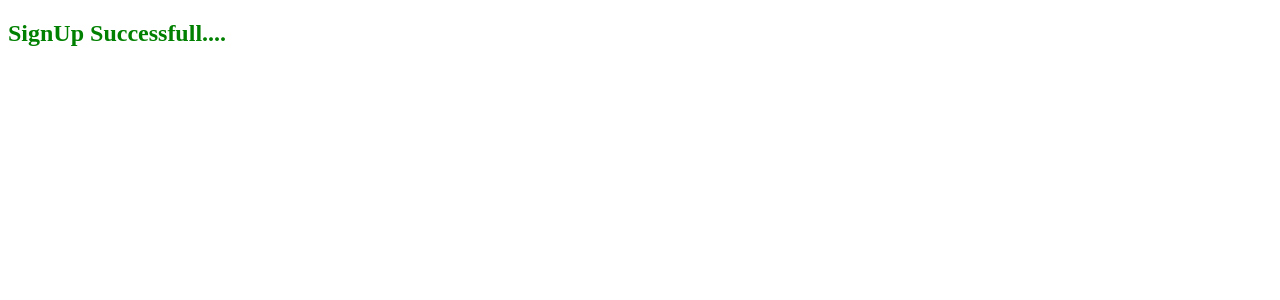
Repository: USChaurasiya/SpringCore
Page: http://localhost/SpringExample/Success.jsp
An editor plug-in stored every save of this project. The page is shown before and after the next save, followed by the edit.
The browser window is 1280 px wide. The pictures show the whole page.
The page is served by Tomcat 9.

Above is the page before, as saved 2017-02-14 07:42:37.

After the next save:
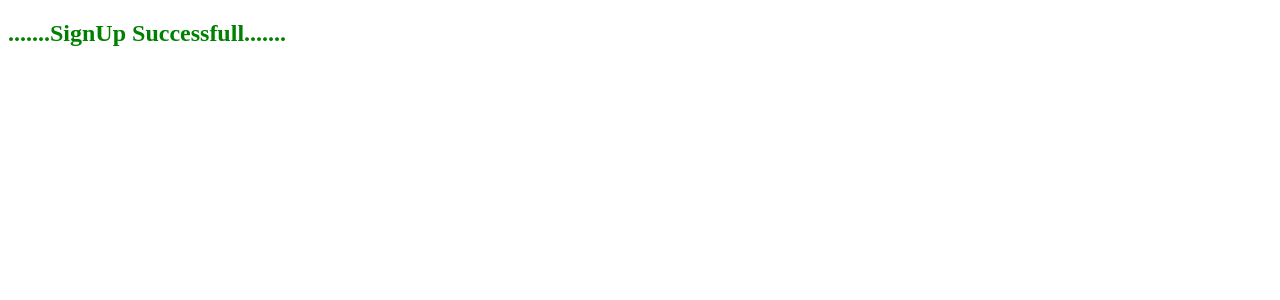
Saved 106 s later.
--- a/SpringExample/WebContent/Success.jsp
+++ b/SpringExample/WebContent/Success.jsp
@@ -6,7 +6,7 @@
 <meta http-equiv="Content-Type" content="text/html; charset=UTF-8">
 <title>Insert title here</title>
 </head>
-<body>
-<h2><font color="green">SignUp Successfull....</font></h2>
+<body >
+<h2><font color="green">.......SignUp Successfull.......</font></h2>
 </body>
 </html>
